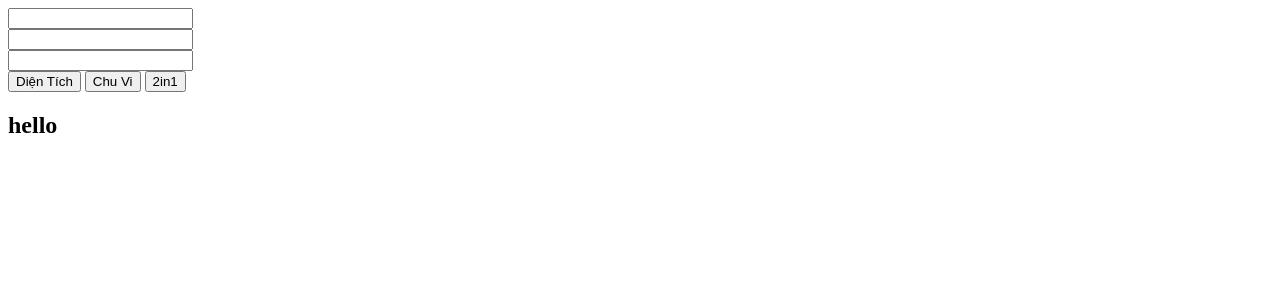
Repository: saiyagodvp/_java4
Page: http://localhost/Lab2/bai1
The author's editor kept a copy of each file at every save. The page is drawn from the files as they stood at one save, then again after the next save.
The browser window is 1280 px wide. The pictures show the whole page.
The page is served by Tomcat 9.

Above is the page before, as saved 2023-03-22 06:58:17.

### Lab2/src/main/webapp/views/tamGiac.jsp
<%@ page language="java" contentType="text/html; charset=UTF-8"
	pageEncoding="UTF-8"%>
<!DOCTYPE html>
<html>
<head>
<meta charset="UTF-8">
<title>Insert title here</title>
</head>
<body>
	<form action="/Lab2/tam-giac" method="post">
		<input name="a" value = "${a}"/> <br>
		 <input name="b" value = "${b}"/> <br>
		  <input name="c" value = "${c}"/> <br>
			<button formaction="/Lab2/dien-tich">Diện Tích</button>
			<button formaction="/Lab2/chu-vi">Chu Vi</button>
			<button formaction="/Lab2/2in1">2in1</button>
		<h2>${message}</h2>

	</form>
</body>
</html>

### Lab2/src/main/java/controller/ServletBai1.java
package controller;

import java.io.IOException;
import javax.servlet.ServletException;
import javax.servlet.annotation.WebServlet;
import javax.servlet.http.HttpServlet;
import javax.servlet.http.HttpServletRequest;
import javax.servlet.http.HttpServletResponse;

@WebServlet({ "/bai1", "/dien-tich", "/chu-vi", "/2in1" })
public class ServletBai1 extends HttpServlet {
	private static final long serialVersionUID = 1L;

	public ServletBai1() {
		super();
		// TODO Auto-generated constructor stub
	}

	protected void doGet(HttpServletRequest request, HttpServletResponse response)
			throws ServletException, IOException {
		request.setAttribute("message", "hello");
		request.getRequestDispatcher("/views/tamGiac.jsp").forward(request, response);
	}

	protected void doPost(HttpServletRequest request, HttpServletResponse response)
			throws ServletException, IOException {
		double a = Double.parseDouble(request.getParameter("a"));
		double b = Double.parseDouble(request.getParameter("b"));
		double c = Double.parseDouble(request.getParameter("c"));

		if ((a + b > c) && (a + c > b) && (b + c > a)) {

			double chuVi = (a + b + c);
			String uri = request.getRequestURI();

			if (uri.contains("dien-tich")) {

				double dienTich = Math.sqrt(chuVi * (a + b - c) * (a + c - b) * (b + c - a)) / 4;
				request.setAttribute("message", "Diện tích của tam giác là: " + dienTich);
				request.setAttribute("a", a);
				request.setAttribute("b", b);
				request.setAttribute("c", c);

			} else if (uri.contains("chu-vi")) {
				request.setAttribute("message", "Chu vi của tam giác là: " + chuVi);
				request.setAttribute("a", a);
				request.setAttribute("b", b);
				request.setAttribute("c", c);

			} else {
				double dienTich = Math.sqrt(chuVi * (a + b - c) * (a + c - b) * (b + c - a)) / 4;
				request.setAttribute("message",
						"Diện tích của tam giác là: " + dienTich + "<br>Chu vi của tam giác là: " + chuVi);
				request.setAttribute("a", a);
				request.setAttribute("b", b);
				request.setAttribute("c", c);
			}
		} else {

			request.setAttribute("message", "Không thỏa mãn các cạnh của một tam giác!");

		}
		request.getRequestDispatcher("/views/tamGiac.jsp").forward(request, response);
	}

}

After the next save:
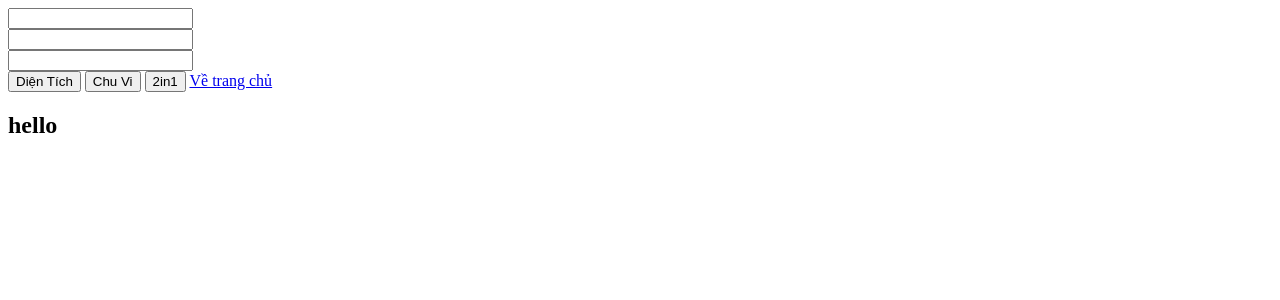
Saved 64 s later.
--- a/Lab2/src/main/webapp/views/tamGiac.jsp
+++ b/Lab2/src/main/webapp/views/tamGiac.jsp
@@ -14,6 +14,7 @@
 			<button formaction="/Lab2/dien-tich">Diện Tích</button>
 			<button formaction="/Lab2/chu-vi">Chu Vi</button>
 			<button formaction="/Lab2/2in1">2in1</button>
+			<a href="bai1">Về trang chủ</a>
 		<h2>${message}</h2>
 
 	</form>
